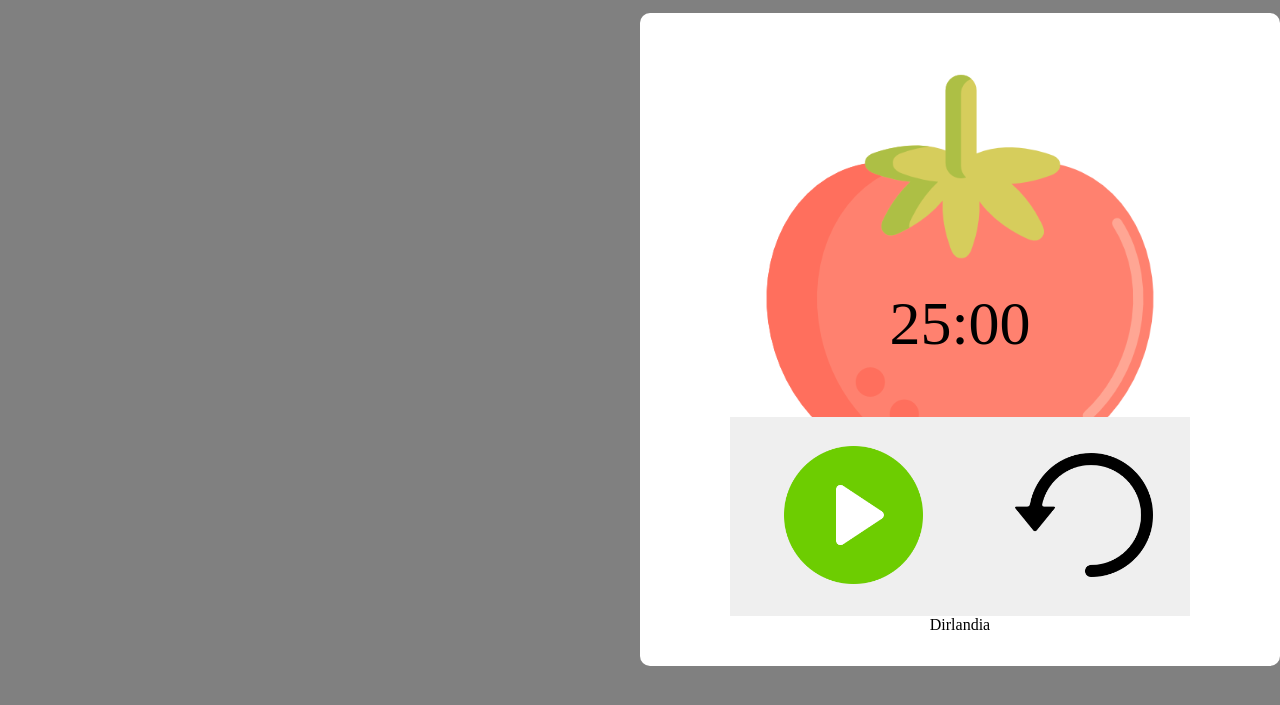
Repository: Dirlandia404/pomodoro
Page: /
An editor plug-in stored every save of this project. The page is shown before and after the next save, followed by the edit.
The browser window is 1280 px wide. The pictures show the whole page.
The project was rebuilt for these pictures with package versions that can differ from the ones it lists, and the page was loaded fresh each time.

Above is the page before, as saved 2021-11-25 10:50:53.

### public/index.html
<!DOCTYPE html>
<html lang="en">

<head>
  <meta charset="utf-8" />
  <link rel="icon" href="%PUBLIC_URL%/image 1.png" />
  <meta name="viewport" content="width=device-width, initial-scale=1" />
  <meta name="theme-color" content="#000000" />
  <meta name="description" content="Web site created using create-react-app" />
  <link rel="apple-touch-icon" href="%PUBLIC_URL%/logo192.png" />
  <!--
      manifest.json provides metadata used when your web app is installed on a
      user's mobile device or desktop. See https://developers.google.com/web/fundamentals/web-app-manifest/
    -->
  <link rel="manifest" href="%PUBLIC_URL%/manifest.json" />
  <!--
      Notice the use of %PUBLIC_URL% in the tags above.
      It will be replaced with the URL of the `public` folder during the build.
      Only files inside the `public` folder can be referenced from the HTML.

      Unlike "/favicon.ico" or "favicon.ico", "%PUBLIC_URL%/favicon.ico" will
      work correctly both with client-side routing and a non-root public URL.
      Learn how to configure a non-root public URL by running `npm run build`.
    -->
  <title>Pomodoro Clock</title>
</head>

<body>
  <noscript>You need to enable JavaScript to run this app.</noscript>
  <div id="root"></div>
  <!--
      This HTML file is a template.
      If you open it directly in the browser, you will see an empty page.

      You can add webfonts, meta tags, or analytics to this file.
      The build step will place the bundled scripts into the <body> tag.

      To begin the development, run `npm start` or `yarn start`.
      To create a production bundle, use `npm run build` or `yarn build`.
    -->
</body>

</html>

### src/index.jsx
import React from "react";
import ReactDOM from "react-dom";
import Clock from "./componentes/Primeiro";

function App() {
    const  tempo ={time:25};

    return(
        <div className="App">
            <Clock trabalho={tempo} />
        </div>
    );
}
ReactDOM.render(
    <App />,
    document.getElementById("root")
)

### src/componentes/Primeiro.jsx
import { useEffect, useState } from "react";
import "./componente.css";

function Clock(props){
  const [time, setTime] = useState(25);

    const tick = () =>{
        if(time === 0){
            reset();
        }else{
            setTime([time -1]);
        }
    }
    const reset = () => setTime(parseInt(time));

    useEffect(() =>{
        const timerId = setInterval(() => tick, 60);
        return () => clearInterval(timerId)
    })
    return (
        <main>
            <form action="">
                <img src="/tomato.svg" alt="Tomate" />
                <p className="time">25:00</p>
                <div className="butoes">
                    <button className="play">
                        <img src="./botao-play.png" alt="" />
                    </button>

                    <button className="reset">
                        <img src="./seta-circular.png" alt="" />
                    </button>
                </div>
            </form>
           <p >Dirlandia</p>
        </main>
    );
}

export default Clock

### src/componentes/componente.css
*{
    margin: 0;
    border: 0;
    padding: 0;
}
body{
    background-color: grey;

    display: flex;

    text-align: center;
    align-items: center;
    justify-content: center;
}
main {
    background-color: white;
    min-width: 375px;
    max-width: 50%;
    margin-left: 50vw;

    justify-content: center;

    padding: 2rem;
    border-radius: 10px;

    margin-top: 1%;
}

form{
    display: flex;
    flex-direction: column;
    margin-top: 5%;
}

img{
    width: 80%;
    margin-left: 10%;
}
p.time {
    margin-top: -40%;
    padding: 10%;
    font-size: 62px;
}
div.butoes{
    align-items: center;
}
button{
    padding: 5%;
    width: 40%;
}

After the next save:
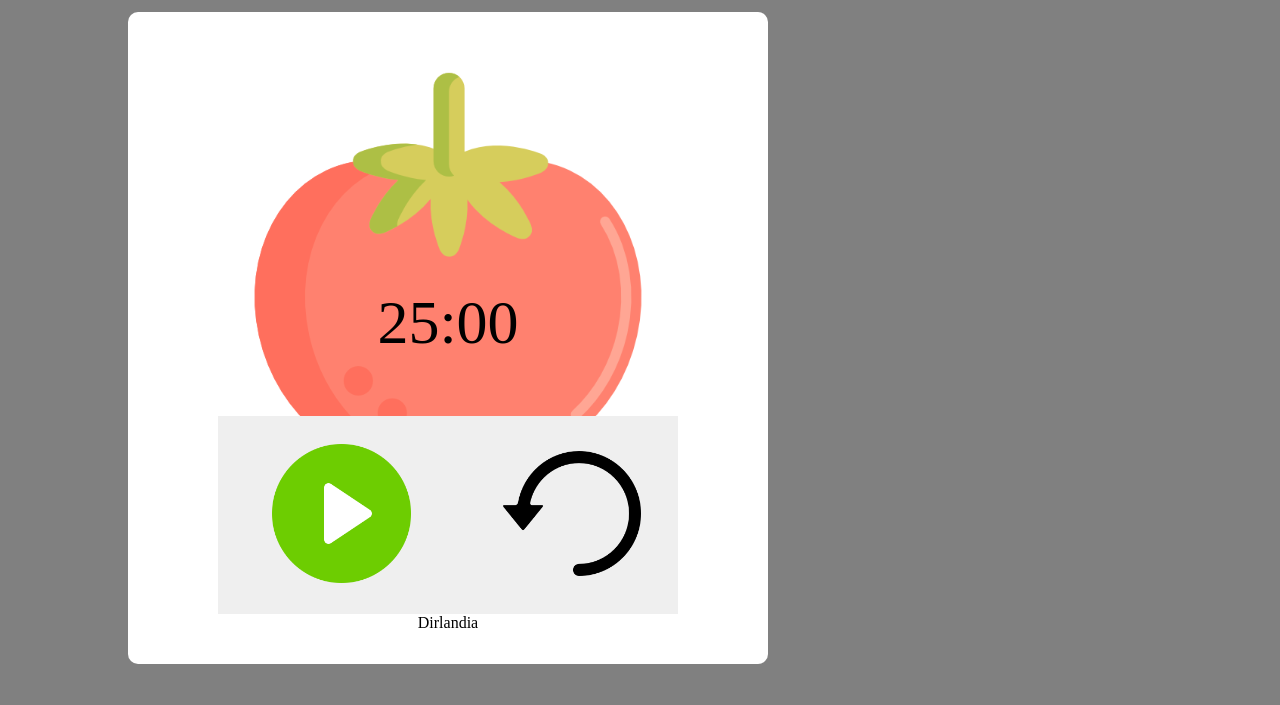
Saved 7 s later.
--- a/src/componentes/componente.css
+++ b/src/componentes/componente.css
@@ -16,7 +16,7 @@ main {
     background-color: white;
     min-width: 375px;
     max-width: 50%;
-    margin-left: 50vw;
+    margin-left: 5vw;
 
     justify-content: center;
 
